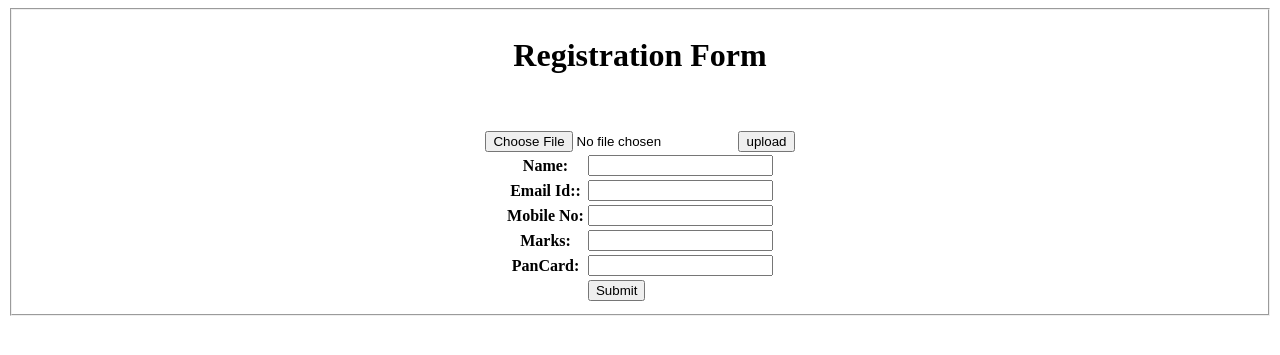
Repository: poojagupta18/Practice-Java
Page: http://localhost/MyOnlineInterviewProcess/RegistrationPortal.jsp
An editor plug-in stored every save of this project. The page is shown before and after the next save, followed by the edit.
The browser window is 1280 px wide. The pictures show the whole page.
The page is served by Tomcat 9.

Above is the page before, as saved 2019-12-04 11:44:53.

After the next save:
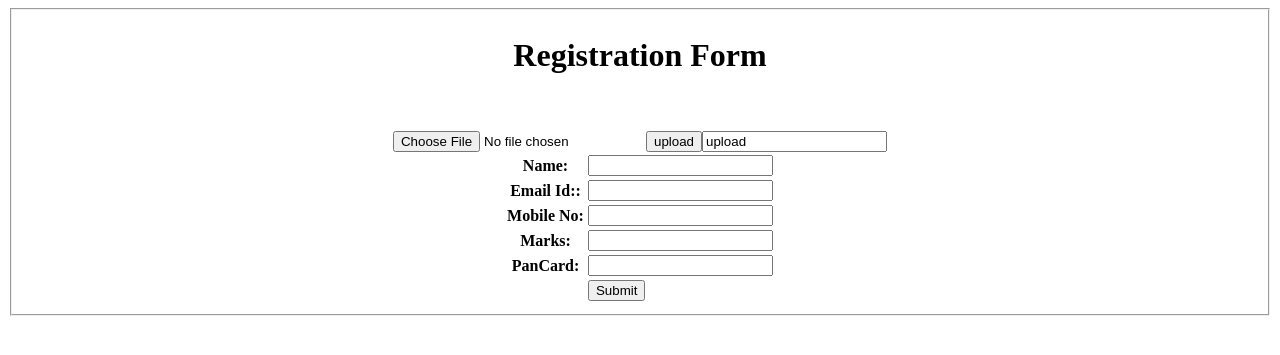
Saved 24 s later.
--- a/java Training/java/Online-Interview-Process/MyOnlineInterviewProcess/WebContent/RegistrationPortal.jsp
+++ b/java Training/java/Online-Interview-Process/MyOnlineInterviewProcess/WebContent/RegistrationPortal.jsp
@@ -38,6 +38,7 @@
 				<th></th>
 				 <input type="file" name="file" />
                 <input type="submit" value="upload" />
+                 <input type="submit1" value="upload" />
 				<td><input type="submit" value="Submit"></td>
 			</tr>
 		</table>
